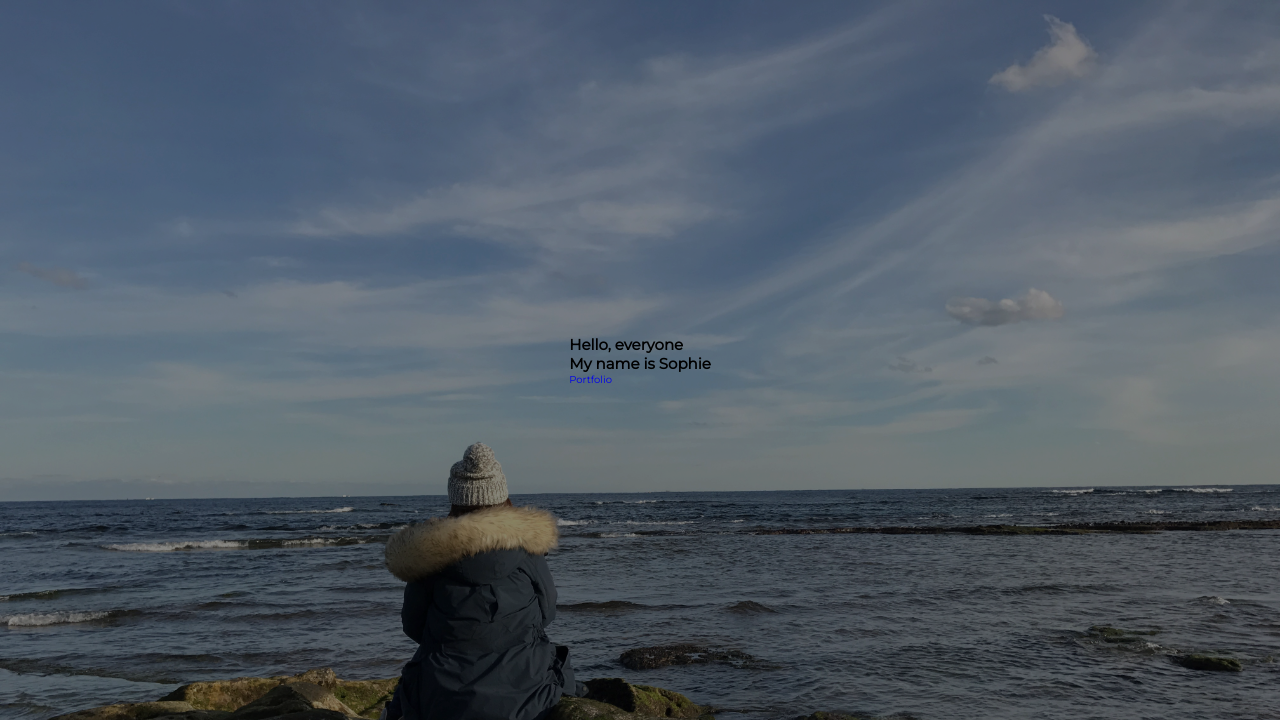
Repository: wenxi0504/StaticWebsite_Profolio
Page: index.html
The author's editor kept a copy of each file at every save. The page is drawn from the files as they stood at one save, then again after the next save.
The browser window is 1280 px wide. The pictures show the whole page.

Above is the page before, as saved 2022-03-01 22:34:17.

### index.html
<!DOCTYPE html>
<html lang="en">
<head>
    <meta charset="UTF-8">
    <meta http-equiv="X-UA-Compatible" content="IE=edge">
    <meta name="viewport" content="width=device-width, initial-scale=1.0">
    <link rel="stylesheet" href="style.css">
    <title>Portfolio</title>
</head>
<body>
    <!-- Introduction section -->
    <section id="myIntro">
        <div class="myIntro container">
            <div>
                <h1>
                    Hello, everyone <br>My name is Sophie
                </h1>
                <a href="#" type="button" class="cta">Portfolio</a>
            </div>
        </div>

    </section>
</body>
</html>

### style.css
/* import custom font from GoogleFonts */
@import 'https://fonts.googleapis.com/css?family=Montserrat:300, 400, 700&display=swap';
*{
margin: 0px;
padding:0px;
box-sizing: border-box;
}

html{
    font-size: 10px;
    font-family: 'Montserrat', sans-serif;
}

a{
    text-decoration: none;
}

.container{
    min-height: 100vh;
    width: 100%;
    display: flex;
    align-items: center;
    justify-content:center;
}

/* myIntro section */
#myIntro{
background-image: url(./images/ProfolioBackground.jpg);
background-size: cover;
background-position: top center;
position: relative;
z-index: 1;
}

/* background blurring */
#myIntro ::after{
    content: '';
    position: absolute;
    left: 0px;
    top:0px;
    height: 100%;
    width: 100%;
    background-color: black;
    opacity: 15%;
    z-index: -1;
}

/* end myIntro section */

After the next save:
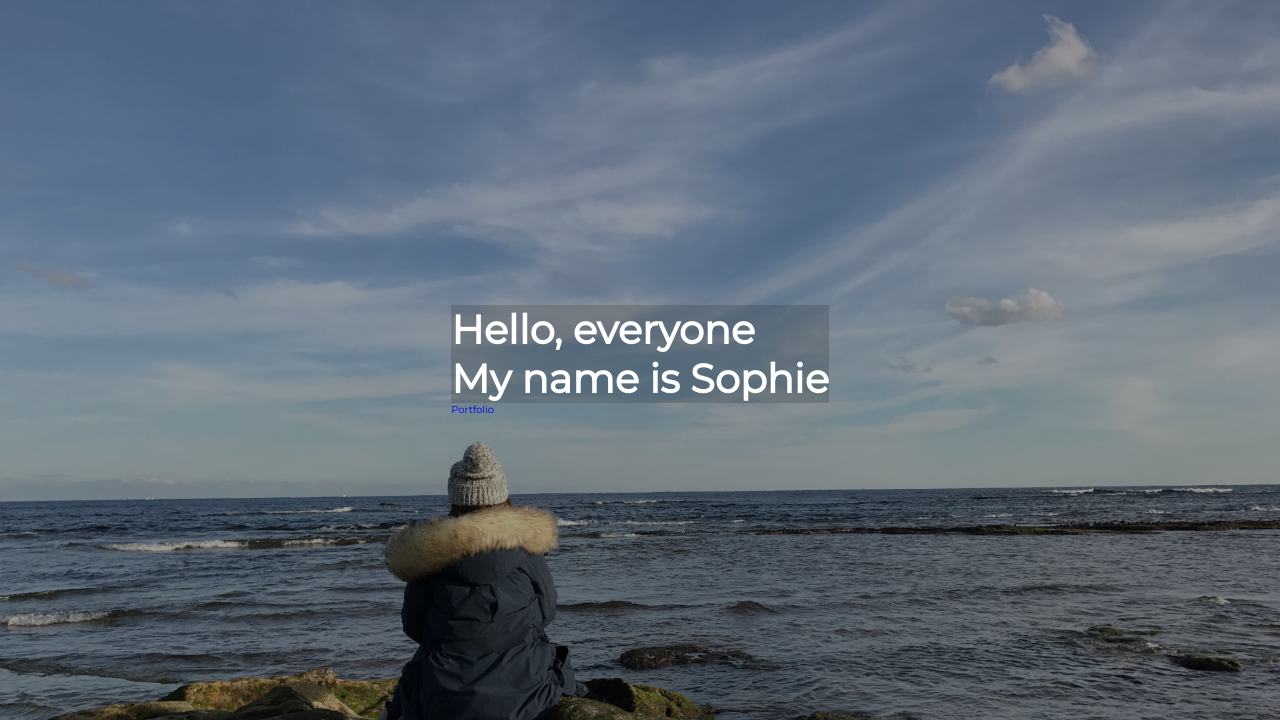
Saved 3 min 22 s later.
--- a/style.css
+++ b/style.css
@@ -45,4 +45,12 @@ z-index: 1;
     z-index: -1;
 }
 
+#myIntro h1{
+    display: block;
+    width: fit-content;
+    font-size: 4rem;
+    position: relative;
+    color: white;
+}
+
 /* end myIntro section */
